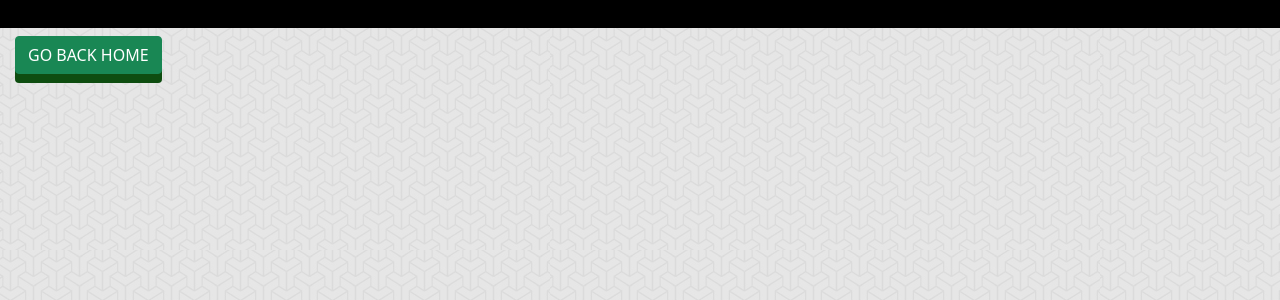
Repository: kavine24/CS490-Python-LMS
Page: html/portal/t/ReviewAndGradeExams.html
The author's editor kept a copy of each file at every save. The page is drawn from the files as they stood at one save, then again after the next save.
The browser window is 1280 px wide. The pictures show the whole page.
The page's requests for data from a server got no answer.

Above is the page before, as saved 2022-04-19 19:29:53.

### html/portal/t/ReviewAndGradeExams.html
<!DOCTYPE html>
<html>
  <head>
    <title>Review Exam</title>
    <link rel="stylesheet" href="/style.css">

    <link href="https://cdn.jsdelivr.net/npm/bootstrap@5.1.3/dist/css/bootstrap.min.css" rel="stylesheet" integrity="sha384-1BmE4kWBq78iYhFldvKuhfTAU6auU8tT94WrHftjDbrCEXSU1oBoqyl2QvZ6jIW3" crossorigin="anonymous">
  </head>
  <body>
    <h1 id="header" class="header"></h1>
    <div id="backDiv">
      <a id="goBackHome" href="http://cs490testcenter.ddns.net:50000/portal/t/Home.php">
        <button class= "btn btn-success examReviewButtons">GO BACK HOME</button>
      </a>
    </div>

    <script>
      function displayExams(){
        var requestType = 'GetExamTeacherFTM';
        const data = {requestType};

        const options = {
          method:'POST',
          headers: {
              "Content-type": "application/json; charset=UTF-8"
          },
          body: JSON.stringify(data)
        };

        fetch('http://cs490testcenter.ddns.net:50000/portal/frontBrowser.php', options)
        .then(response => {
          return response.json();
        })
        .then(data => {
          console.log(data);

          for (const exam in data) {
            const div = document.createElement("div");
            const examName = document.createTextNode(exam + ": ");
            div.appendChild(examName);

            otherButton = document.createElement("input");
            otherButton.setAttribute("type", "button");
            otherButton.setAttribute("class", "btn btn-success examReviewButtons");
            otherButton.value = "Grade All";


            otherButton.addEventListener("click", function(e){
              var requestType = 'AutoGradeExamFTM';
              var examName = exam;
              data = {examName, requestType}
              const options = {
                method:'POST',
                headers: {
                    "Content-type": "application/json; charset=UTF-8"
                },
                body: JSON.stringify(data)
              };
              fetch('http://cs490testcenter.ddns.net:50000/portal/frontBrowser.php', options)
              .then(response => {
                return response.json();
              })
              .then(data => {
                console.log(data);
                location.assign('http://cs490testcenter.ddns.net:50000/portal/t/ReviewAndGradeExams.html');
              })
              .catch((error) => {
                console.error('Error:', error);
              });
            });


            div.appendChild(otherButton);
            div.appendChild(document.createElement("br"));
            for(let i = 0; i < data[exam].length; i++){
              button = document.createElement("input")
              button.setAttribute("type", "button");
              button.setAttribute("class", "btn btn-success examReviewButtons");
              button.value = data[exam][i].firstName+ " " + data[exam][i].lastName + " Pts: " + data[exam][i].totalPoints;

              button.addEventListener("click", function(e){
                location.assign('http://cs490testcenter.ddns.net:50000/portal/t/ReviewExam.html?studentExamsID=' + data[exam][i].studentExamsID);
              });

              div.appendChild(button);
            }

            document.body.insertBefore(div, document.getElementById("backDiv"));
            document.body.insertBefore(document.createElement("br"), document.getElementById("backDiv"));
          }
        })
        .catch((error) => {
          console.error('Error:', error);
        });
      };

      displayExams();
    </script>

  </body>
</html>

### html/style.css
body {
  background-image: url(portal/pictures/background.jpg);
}

.header {
  color: #97BC62FF;
  background-color: black;
  padding: 14px 16px;
  margin-top: 0px;
}

.submit, .userSubmit, .examTakeButtons, .examReviewButtons {
  padding: 10px 10px;
  margin: 0px 0px 15px 0px;
  font-size: 20px;
  cursor: pointer;
  text-decoration: none;
  outline: none;
  color: #fff;
  background-color: #4CAF50;
  border: none;
  border-radius: 12px;
  box-shadow: 0 9px #0e4d10;
}

.submit:hover, .userSubmit:hover {
  background-color: #215f23;
  box-shadow: 0 9px #1f9923;
}

.submit:active, .userSubmit:active {
  box-shadow: 0 5px #1C7F20;
  transform: translateY(4px)
}

.panel-heading, .panel-title {
  border-color: #4CAF50 !important;
  background-color: #0e4d10 !important;
}

/* .panel-title th {
  border-color: #1f9923;
  background-color: #1C7F20;
} */

.btn-primary {
  background-color: #0e4d10 !important;
  border-color: #4CAF50 !important;
}

.btn-success {
  background-color: #198754 !important;
  border-color: #198754 !important;
}

#submit {
  margin: 20px 0px;
}

#goBackHome {
  margin: 20px 15px;
}

.filterable {
  margin-top: 15px;
}

.filterable .panel-heading .pull-right {
  margin-top: -20px;
}

.filterable .filters input[disabled] {
  background-color: transparent;
  border: none;
  cursor: auto;
  box-shadow: none;
  padding: 0;
  height: auto;
}
.filterable .filters input[disabled]::-webkit-input-placeholder {
  color: #333;
}
.filterable .filters input[disabled]::-moz-placeholder {
  color: #333;
}
.filterable .filters input[disabled]:-ms-input-placeholder {
  color: #333;
}

.container {
  background-color: #a2a2a2;
  background-image: url(portal/pictures/divimage.jpg);
  padding: 14px 16px;
}

.mainHeader {
  background-color: black;
  max-height: 70px;
  display: flex;
  flex-direction: row;
  align-items: center;
  flex-shrink: 0;
  justify-content: center;
  top: 0;
  width: 100%;
  border-bottom: solid 3px black;
}

.navLIST {
  margin-top: 20px;
  display: flex;
}

.navLIST li {
  display: inline-block;
  margin-left: 0;
  color: #97BC62FF;
}

.navLIST li a {
  background-color: black;
  text-decoration: none;
  border-left: 2px solid green;
  padding: 0px 25px;
}

.navLIST li a:hover {
  background-color: black;
  text-decoration: underline;
}

/* body {
  background-image: url(portal/pictures/background.jpg);
  text-align: center;
  margin: auto;
}

#indexLog, h1 {
  color: #97BC62FF;
  margin: 0;
  overflow: hidden;
  background-color: black;
  padding: 14px 16px;
  text-align: center;
}

.forms {
  text-align: center;
  display: inline-block;
  overflow-wrap: break-word;
}

.credentialStyle {
  color: #97BC62FF;
  margin: 0;
  padding: 0px 0px 20px;
  font-size: 20px;
  text-shadow: .5px .5px 0 #000;
}

.submit, .userSubmit, .examTakeButtons, .examReviewButtons {
  display: inline-block;
  padding: 15px 25px;
  font-size: 24px;
  cursor: pointer;
  text-align: center;
  text-decoration: none;
  outline: none;
  color: #fff;
  background-color: #4CAF50;
  border: none;
  border-radius: 12px;
  box-shadow: 0 9px #1C7F20;
  margin: 10px 0px;
}

.submit:hover, .userSubmit:hover {
  background-color: #3e8e41;
  box-shadow: 0 9px #1C7F20;
}

.submit:active, .userSubmit:active {
  box-shadow: 0 5px #1C7F20;
  transform: translateY(4px)
}

#createQuestionForm {
  padding: 10px;
  text-align: center;
}

div {
  border-radius: 5px;
  background-color: #a2a2a2;
  background-image: url(portal/pictures/divimage.jpg);
  padding: 20px;
  text-align: center;
  display: inline-block;
  max-width: 750px;
}

.centered {
  position: absolute;
  top: 50%;
  left: 50%;
  transform: translate(-50%, -50%);
  text-align: center;
  display: inline-block;
}

.centeredsearch {
  position: absolute;
  top: 15%;
  left: 50%;
  transform: translate(-50%, -50%);
  text-align: center;
  display: inline-block;
}

.left {
  left: 0;
  display: inline-block;
}


.right {
  right: 0;
  display: inline-block;
}

.split {
  height: 100%;
  width: 50%;
  position: absolute;
}
table , th, td{
  border: 1px solid;
  width: 100%;
} */

After the next save:
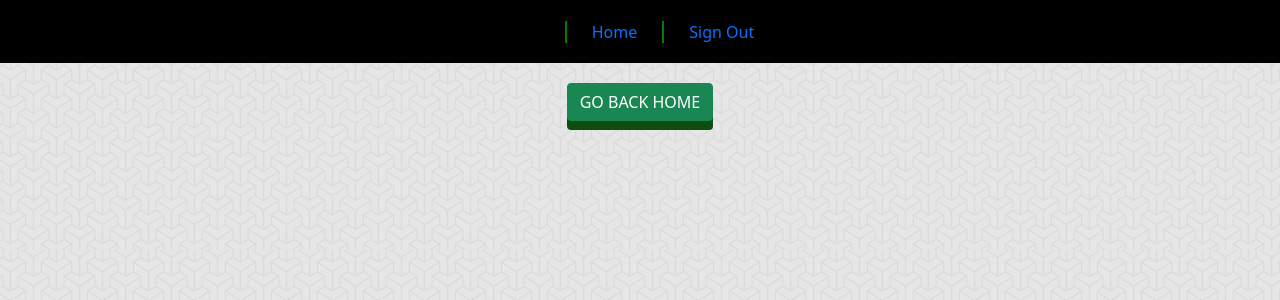
Saved 116 s later.
--- a/html/portal/t/ReviewAndGradeExams.html
+++ b/html/portal/t/ReviewAndGradeExams.html
@@ -7,8 +7,16 @@
     <link href="https://cdn.jsdelivr.net/npm/bootstrap@5.1.3/dist/css/bootstrap.min.css" rel="stylesheet" integrity="sha384-1BmE4kWBq78iYhFldvKuhfTAU6auU8tT94WrHftjDbrCEXSU1oBoqyl2QvZ6jIW3" crossorigin="anonymous">
   </head>
   <body>
-    <h1 id="header" class="header"></h1>
-    <div id="backDiv">
+    <header class="mainHeader">
+      <h1 id="header" class="header"></h1>
+      <ul class="navLIST">
+          <li><a href="http://cs490testcenter.ddns.net:50000/portal/t/Home.php">Home</a></li>
+          <li><a href="http://cs490testcenter.ddns.net:50000">Sign Out</a></li>
+        </ul>
+      <br>
+    </header>
+
+    <div class="d-flex justify-content-center" id="backDiv">
       <a id="goBackHome" href="http://cs490testcenter.ddns.net:50000/portal/t/Home.php">
         <button class= "btn btn-success examReviewButtons">GO BACK HOME</button>
       </a>
@@ -32,10 +40,11 @@
           return response.json();
         })
         .then(data => {
-          console.log(data);
+          //console.log(data);
 
           for (const exam in data) {
             const div = document.createElement("div");
+            div.setAttribute("class", "container");
             const examName = document.createTextNode(exam + ": ");
             div.appendChild(examName);
 
